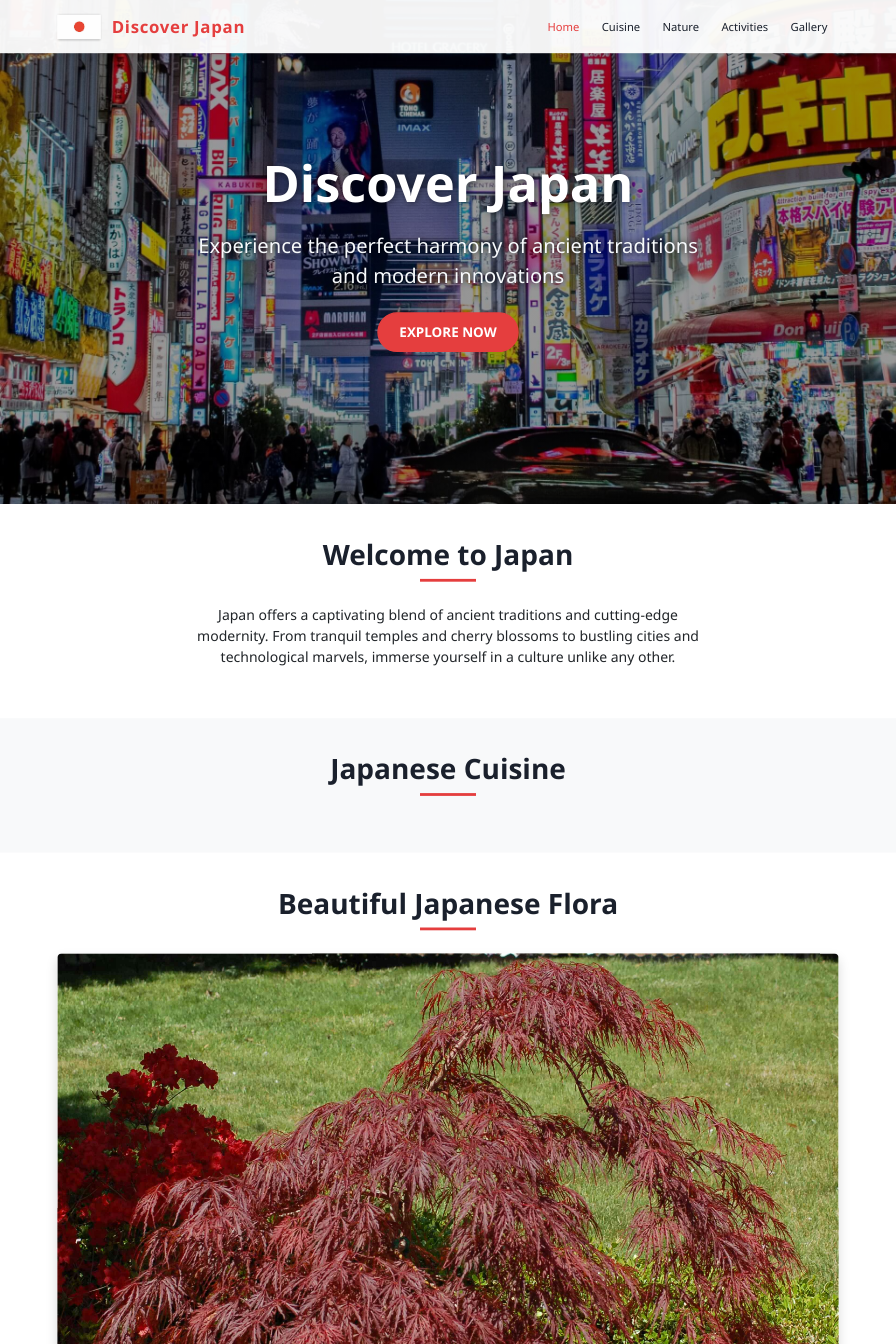
Repository: urielaracena/softwareDev
Page: project1/s.html
An editor plug-in stored every save of this project. The page is shown before and after the next save, followed by the edit.
The browser window is 1280 px wide. The pictures show the part of the page from y = 0 to 1920 px (the page is 4897 px tall), at 70% of full size.
Backgrounds fixed to the window are drawn as part of the page.

Above is the page before, as saved 2025-04-20 01:48:47.

### project1/s.html
<!DOCTYPE html>
<html lang="en">
<head>
    <meta charset="utf-8">
    <meta name="viewport" content="width=device-width, initial-scale=1">
    <title>Discover Japan</title>
    <link href="https://cdn.jsdelivr.net/npm/bootstrap@5.3.5/dist/css/bootstrap.min.css" rel="stylesheet" integrity="sha384-SgOJa3DmI69IUzQ2PVdRZhwQ+dy64/BUtbMJw1MZ8t5HZApcHrRKUc4W0kG879m7" crossorigin="anonymous">
    <link rel="stylesheet" href="project1style.css">

</head>
<body>
    <!-- Navbar -->
    <nav class="navbar fixed-top navbar-expand-lg navbar-light">
        <div class="container">
            <a class="navbar-brand" href="#">
                <img src="images/japan-logo.jpeg" alt="Discover Japan Logo" class="d-inline-block align-text-top logo-img">
                Discover Japan
            </a>
            <button class="navbar-toggler" type="button" data-bs-toggle="collapse" data-bs-target="#navbarNav" aria-controls="navbarNav" aria-expanded="false" aria-label="Toggle navigation">
                <span class="navbar-toggler-icon"></span>
            </button>
            <div class="collapse navbar-collapse justify-content-end" id="navbarNav">
                <ul class="navbar-nav">
                    <li class="nav-item">
                        <a class="nav-link active" href="#home">Home</a>
                    </li>
                    <li class="nav-item">
                        <a class="nav-link" href="#cuisine">Cuisine</a>
                    </li>
                    <li class="nav-item">
                        <a class="nav-link" href="#nature">Nature</a>
                    </li>
                    <li class="nav-item">
                        <a class="nav-link" href="#activities">Activities</a>
                    </li>
                    <li class="nav-item">
                        <a class="nav-link" href="#gallery">Gallery</a>
                    </li>
                </ul>
            </div>
        </div>
    </nav>

    <!-- Hero Section -->
    <section id="home" class="hero">
        <div class="hero-content hover-wrapper">
            <h1 class="hero-title">Discover <span class="highlight-word">Japan</span></h1>
            <p class="hero-subtitle">Experience the perfect harmony of ancient traditions and modern innovations</p>
            <a href="#activities" class="btn btn-danger hero-btn hover-btn">Explore Now</a>
        </div>
    </section>

    <!-- Introduction Section -->
    <section class="py-5">
        <div class="container">
            <h2 class="section-title">Welcome to Japan</h2>
            <div class="row justify-content-center">
                <div class="col-lg-8 text-center">
                    <p class="lead mb-4">Japan offers a captivating blend of ancient traditions and cutting-edge modernity. From tranquil temples and cherry blossoms to bustling cities and technological marvels, immerse yourself in a culture unlike any other.</p>
                </div>
            </div>
        </div>
    </section>

    <!-- Cuisine Section -->
    <section id="cuisine" class="category-section py-5">
        <div class="container">
            <h2 class="section-title text-center mb-5">Japanese Cuisine</h2>


    </section>

    <!-- Nature Section -->
<section id="nature" class="container py-5">
    <h2 class="section-title text-center mb-5">Beautiful Japanese Flora</h2>


    <div id="japaneseFloraCarousel" class="carousel carousel-dark slide" data-bs-ride="carousel">
        <div class="carousel-indicators">
            <button type="button" data-bs-target="#japaneseFloraCarousel" data-bs-slide-to="0" class="active" aria-current="true" aria-label="Slide 1"></button>
            <button type="button" data-bs-target="#japaneseFloraCarousel" data-bs-slide-to="1" aria-label="Slide 2"></button>
            <button type="button" data-bs-target="#japaneseFloraCarousel" data-bs-slide-to="2" aria-label="Slide 3"></button>
            <button type="button" data-bs-target="#japaneseFloraCarousel" data-bs-slide-to="3" aria-label="Slide 4"></button>
            <button type="button" data-bs-target="#japaneseFloraCarousel" data-bs-slide-to="4" aria-label="Slide 5"></button>
            <button type="button" data-bs-target="#japaneseFloraCarousel" data-bs-slide-to="5" aria-label="Slide 6"></button>
        </div>
        <div class="carousel-inner rounded shadow">
            <div class="carousel-item active" data-bs-interval="10000">
                <img src="images/japanese-maple.jpg" class="d-block w-100" alt="Japanese Maple">
                <div class="carousel-caption d-none d-md-block">
                    <h5>Japanese Maple</h5>
                    <p>Vibrant foliage that transforms from spring greens to fiery autumn reds, creating breathtaking displays in Japanese gardens and temple grounds.</p>
                </div>
            </div>
            <div class="carousel-item" data-bs-interval="2000">
                <img src="images/japanese-sakura.jpg" class="d-block w-100" alt="Sakura">
                <div class="carousel-caption d-none d-md-block">
                    <h5>Sakura (Cherry Blossom)</h5>
                    <p>Delicate blossoms creating clouds of white and pink in spring, symbolizing both the beauty and transience of life in Japanese culture.</p>
                </div>
            </div>
            <div class="carousel-item">
                <img src="images/japanese-peony.jpg" class="d-block w-100" alt="Peony">
                <div class="carousel-caption d-none d-md-block">
                    <h5>Japanese Peony</h5>
                    <p>Massive blooms with ruffled petals in vivid, dramatic colors representing nobility, honor, and wealth in traditional Japanese symbolism.</p>
                </div>
            </div>
            <div class="carousel-item">
                <img src="images/japanese-iris.jpeg" class="d-block w-100" alt="Iris">
                <div class="carousel-caption d-none d-md-block">
                    <h5>Japanese Iris</h5>
                    <p>Elegant flowers with bold color patterns and sword-like leaves, often depicted in traditional art and featured in specialized iris gardens throughout Japan.</p>
                </div>
            </div>
            <div class="carousel-item">
                <img src="images/japanese-nandina.jpg" class="d-block w-100" alt="Nandina">
                <div class="carousel-caption d-none d-md-block">
                    <h5>Nandina</h5>
                    <p>Color-changing foliage and bright red winter berries, known as "sacred bamboo" and traditionally planted near temple entrances for good fortune.</p>
                </div>
            </div>
            <div class="carousel-item">
                <img src="images/japanese-camellia.jpg" class="d-block w-100" alt="Camellia">
                <div class="carousel-caption d-none d-md-block">
                    <h5>Japanese Camellia</h5>
                    <p>Winter-blooming flowers in white, pink, and red, prized for their perfect symmetry and ability to bloom during the coldest months when other gardens lie dormant.</p>
                </div>
            </div>
        </div>
        <button class="carousel-control-prev" type="button" data-bs-target="#japaneseFloraCarousel" data-bs-slide="prev">
            <span class="carousel-control-prev-icon" aria-hidden="true"></span>
            <span class="visually-hidden">Previous</span>
        </button>
        <button class="carousel-control-next" type="button" data-bs-target="#japaneseFloraCarousel" data-bs-slide="next">
            <span class="carousel-control-next-icon" aria-hidden="true"></span>
            <span class="visually-hidden">Next</span>
        </button>
    </div>
</section>


    <!-- Activities Section -->
    <section id="activities" class="category-section py-5">
        <div class="container">
            <h2 class="section-title mb-5">Top Japanese Activities</h2>
            <div class="row g-4">
                <div class="col-lg-6">
                    <div class="card h-100">
                        <div class="row g-0 h-100">
                            <div class="col-md-6">
                                <img src="images/onsen.jpg" alt="Traditional Japanese outdoor hot spring bath" class="img-fluid h-100 w-100 object-fit-cover">
                            </div>
                            <div class="col-md-6 d-flex flex-column">
                                <div class="card-body">
                                    <h5 class="card-title">Relax in an Onsen</h5>
                                    <p class="card-text">Experience the therapeutic mineral-rich waters of Japan's hot springs, often set in beautiful natural surroundings. These ancient bathing traditions date back thousands of years and offer health benefits alongside cultural immersion.</p>
                                </div>
                            </div>
                        </div>
                    </div>
                </div>
                <div class="col-lg-6">
                    <div class="card h-100">
                        <div class="row g-0 h-100">
                            <div class="col-md-6">
                                <img src="images/cherry-blossom-view.jpg" alt="Cherry blossom viewing picnic" class="img-fluid h-100 w-100 object-fit-cover">
                            </div>
                            <div class="col-md-6 d-flex flex-column">
                                <div class="card-body">
                                    <h5 class="card-title">Cherry Blossom Viewing</h5>
                                    <p class="card-text">Join the centuries-old tradition of hanami during spring, where families and friends gather under blooming cherry trees to celebrate nature's beauty. This cultural practice combines outdoor picnicking with appreciation for seasonal change.</p>
                                </div>
                            </div>
                        </div>
                    </div>
                </div>
                <div class="col-lg-6">
                    <div class="card h-100">
                        <div class="row g-0 h-100">
                            <div class="col-md-6">
                                <img src="images/animal-cafe.jpg" alt="Shiba Inu at a Japanese animal cafe" class="img-fluid h-100 w-100 object-fit-cover">
                            </div>
                            <div class="col-md-6 d-flex flex-column">
                                <div class="card-body">
                                    <h5 class="card-title">Visit an Animal Café</h5>
                                    <p class="card-text">Enjoy a unique experience at Japan's animal cafés, where you can sip drinks while interacting with cats, owls, hedgehogs, or Shiba Inus. These specialized cafés originated in Tokyo but have spread throughout Japan, offering animal therapy in urban settings.</p>
                                </div>
                            </div>
                        </div>
                    </div>
                </div>
                <div class="col-lg-6">
                    <div class="card h-100">
                        <div class="row g-0 h-100">
                            <div class="col-md-6">
                                <img src="images/japanese-castle.jpg" alt="Scenic view of Himeji Castle" class="img-fluid h-100 w-100 object-fit-cover">
                            </div>
                            <div class="col-md-6 d-flex flex-column">
                                <div class="card-body">
                                    <h5 class="card-title">Explore a Japanese Castle</h5>
                                    <p class="card-text">Step back into the age of samurai at Japan's magnificently preserved castles. These architectural masterpieces feature ingenious defensive designs, intricate woodwork, and offer panoramic views from their towering keeps, telling stories of feudal Japan's rich history.</p>
                                </div>
                            </div>
                        </div>
                    </div>
                </div>
                <div class="col-lg-6">
                    <div class="card h-100">
                        <div class="row g-0 h-100">
                            <div class="col-md-6">
                                <img src="images/tea-ceremony.jpg" alt="Traditional Japanese tea ceremony" class="img-fluid h-100 w-100 object-fit-cover">
                            </div>
                            <div class="col-md-6 d-flex flex-column">
                                <div class="card-body">
                                    <h5 class="card-title">Experience a Tea Ceremony</h5>
                                    <p class="card-text">Participate in this centuries-old ritual that embodies harmony, respect, purity, and tranquility. Each precise movement in preparing matcha (powdered green tea) represents a philosophical aspect of Zen Buddhism, creating an immersive cultural meditation experience.</p>
                                </div>
                            </div>
                        </div>
                    </div>
                </div>
                <div class="col-lg-6">
                    <div class="card h-100">
                        <div class="row g-0 h-100">
                            <div class="col-md-6">
                                <img src="images/japanese-shrine.jpg" alt="Japanese shrine with torii gate" class="img-fluid h-100 w-100 object-fit-cover">
                            </div>
                            <div class="col-md-6 d-flex flex-column">
                                <div class="card-body">
                                    <h5 class="card-title">Explore Temples & Shrines</h5>
                                    <p class="card-text">Discover Japan's spiritual heritage at its beautiful temples and shrines. These sacred spaces blend harmoniously with nature, ranging from grand complexes like Kyoto's Kiyomizu-dera to hidden forest sanctuaries, offering insights into both Shinto and Buddhist traditions.</p>
                                </div>
                            </div>
                        </div>
                    </div>
                </div>
            </div>
        </div>
    </section>

    <!-- Gallery Section -->
<section id="gallery" class="py-5">
    <div class="container">
        <h2 class="section-title">Explore Japan's Beauty</h2>
        <p class="lead text-center mb-4">Get inspired by Japan's most breathtaking destinations for your next adventure</p>

        <!-- Gallery Images -->
        <div class="row g-4 mb-4">
            <div class="col-6 col-md-4 col-lg-3">
                <div class="gallery-preview">
                    <img src="images/traditional-street.jpg" alt="Traditional Kyoto street" class="img-fluid rounded">
                    <div class="preview-overlay">
                        <span>Kyoto Streets</span>
                    </div>
                </div>
                <p class="small mt-2">Wander through Kyoto's historic Gion district where traditional architecture and culture still thrive</p>
            </div>
            <div class="col-6 col-md-4 col-lg-3">
                <div class="gallery-preview">
                    <img src="images/osaka-castle.jpeg" alt="Osaka Castle" class="img-fluid rounded">
                    <div class="preview-overlay">
                        <span>Osaka Castle</span>
                    </div>
                </div>
                <p class="small mt-2">Visit the magnificent Osaka Castle, a stunning example of Japanese castle architecture and history</p>
            </div>
            <div class="col-6 col-md-4 col-lg-3">
                <div class="gallery-preview">
                    <img src="images/bambo-grove.jpeg" alt="Bamboo Grove" class="img-fluid rounded">
                    <div class="preview-overlay">
                        <span>Bamboo Grove</span>
                    </div>
                </div>
                <p class="small mt-2">Walk through the enchanting bamboo forest in Arashiyama, one of Kyoto's most photographed natural attractions</p>
            </div>
            <div class="col-6 col-md-4 col-lg-3">
                <div class="gallery-preview">
                    <img src="images/kyoto-temple.jpg" alt="Kyoto Temple" class="img-fluid rounded">
                    <div class="preview-overlay">
                        <span>Kyoto Temple</span>
                    </div>
                </div>
                <p class="small mt-2">Discover tranquility at Kyoto's ancient temples where spirituality meets stunning architecture</p>
            </div>
            <div class="col-6 col-md-4 col-lg-3">
                <div class="gallery-preview">
                    <img src="images/tokyo-skyline.jpg" alt="Tokyo Skyline" class="img-fluid rounded">
                    <div class="preview-overlay">
                        <span>Tokyo Skyline</span>
                    </div>
                </div>
                <p class="small mt-2">Marvel at Tokyo's futuristic skyline, where tradition meets innovation in Japan's vibrant capital</p>
            </div>
            <div class="col-6 col-md-4 col-lg-3">
                <div class="gallery-preview">
                    <img src="images/mount-fuji.jpg" alt="Mount Fuji" class="img-fluid rounded">
                    <div class="preview-overlay">
                        <span>Mount Fuji</span>
                    </div>
                </div>
                <p class="small mt-2">Witness the majestic Mount Fuji, Japan's highest peak and one of its most recognizable natural symbols</p>
            </div>
        </div>

        <!-- Popular Destinations -->
        <div class="row mt-5">
            <div class="col-12 text-center mb-4">
                <h3>Popular Tourist Destinations</h3>
                <p>Our most-recommended places to visit during your trip to Japan</p>
            </div>

            <div class="col-md-4 mb-4">
                <div class="category-card text-center p-3 rounded">
                    <div class="destination-icon mb-3">🏙️</div>
                    <h5>Tokyo & Surroundings</h5>
                    <p>Modern attractions, shopping districts, and day trips to nearby Kamakura and Nikko</p>
                    <a href="#" class="btn btn-sm btn-outline-danger mt-2">Explore Tokyo Guide</a>
                </div>
            </div>

            <div class="col-md-4 mb-4">
                <div class="category-card text-center p-3 rounded">
                    <div class="destination-icon mb-3">⛩️</div>
                    <h5>Kyoto & Cultural Triangle</h5>
                    <p>Traditional Japan with temples, shrines, and cultural experiences in Kyoto, Nara and Osaka</p>
                    <a href="#" class="btn btn-sm btn-outline-danger mt-2">Explore Kyoto Guide</a>
                </div>
            </div>

            <div class="col-md-4 mb-4">
                <div class="category-card text-center p-3 rounded">
                    <div class="destination-icon mb-3">🗻</div>
                    <h5>Nature & Adventure</h5>
                    <p>Breathtaking landscapes from Mount Fuji to the Japanese Alps and tropical Okinawa</p>
                    <a href="#" class="btn btn-sm btn-outline-danger mt-2">Explore Nature Guide</a>
                </div>
            </div>
        </div>

        <div class="row mt-3">
            <div class="col-12 text-center">
                <a href="#home" class="btn btn-outline-primary">Return to Home</a>
            </div>
        </div>
    </div>
</section>

    <!-- Footer -->
    <footer class="bg-dark text-white py-4">
        <div class="container">
            <div class="row">
                <div class="col-md-6">
                    <h5>Discover Japan</h5>
                    <p>Experience the perfect harmony of ancient traditions and modern innovations.</p>
                </div>
                <div class="col-md-6 text-md-end">
                    <p>© 2025 Japan Tourism. All rights reserved.</p>
                </div>
            </div>
        </div>
    </footer>

    <!-- Bootstrap JS Bundle with Popper -->
    <script src="https://cdn.jsdelivr.net/npm/bootstrap@5.3.5/dist/js/bootstrap.bundle.min.js" integrity="sha384-XrPpZKi4zH+ZQDb5iJX44D4k9Z+oB4FyoF8RLr4ZgSh4Ckxnp8L2PjR0gxTIcQdX" crossorigin="anonymous"></script>
    </body>
    </html>

Loaded but not shown: project1/project1style.css (416 lines, source omitted)

After the next save:
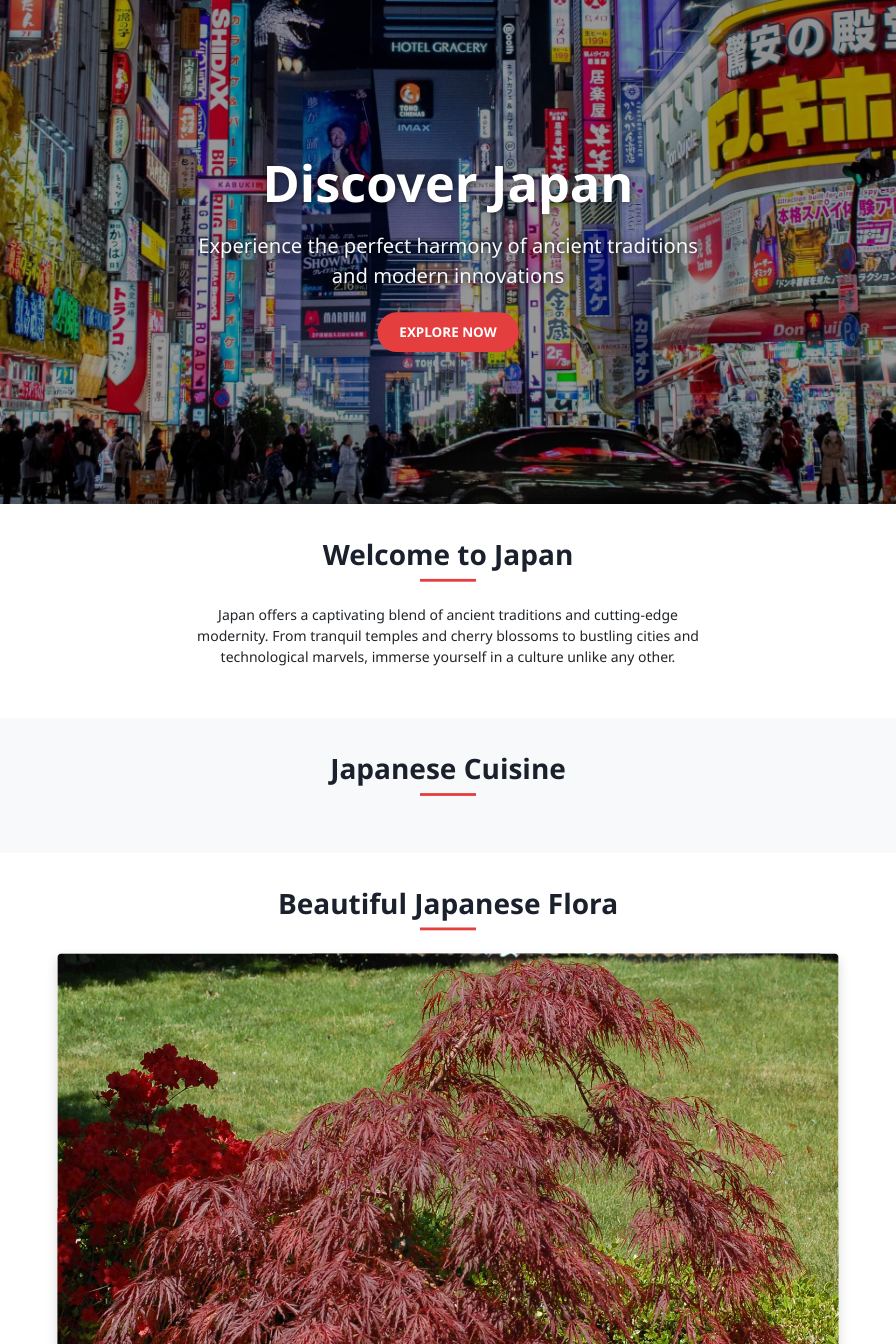
Saved 3 min 3 s later.
--- a/project1/s.html
+++ b/project1/s.html
@@ -9,37 +9,6 @@
 
 </head>
 <body>
-    <!-- Navbar -->
-    <nav class="navbar fixed-top navbar-expand-lg navbar-light">
-        <div class="container">
-            <a class="navbar-brand" href="#">
-                <img src="images/japan-logo.jpeg" alt="Discover Japan Logo" class="d-inline-block align-text-top logo-img">
-                Discover Japan
-            </a>
-            <button class="navbar-toggler" type="button" data-bs-toggle="collapse" data-bs-target="#navbarNav" aria-controls="navbarNav" aria-expanded="false" aria-label="Toggle navigation">
-                <span class="navbar-toggler-icon"></span>
-            </button>
-            <div class="collapse navbar-collapse justify-content-end" id="navbarNav">
-                <ul class="navbar-nav">
-                    <li class="nav-item">
-                        <a class="nav-link active" href="#home">Home</a>
-                    </li>
-                    <li class="nav-item">
-                        <a class="nav-link" href="#cuisine">Cuisine</a>
-                    </li>
-                    <li class="nav-item">
-                        <a class="nav-link" href="#nature">Nature</a>
-                    </li>
-                    <li class="nav-item">
-                        <a class="nav-link" href="#activities">Activities</a>
-                    </li>
-                    <li class="nav-item">
-                        <a class="nav-link" href="#gallery">Gallery</a>
-                    </li>
-                </ul>
-            </div>
-        </div>
-    </nav>
 
     <!-- Hero Section -->
     <section id="home" class="hero">
